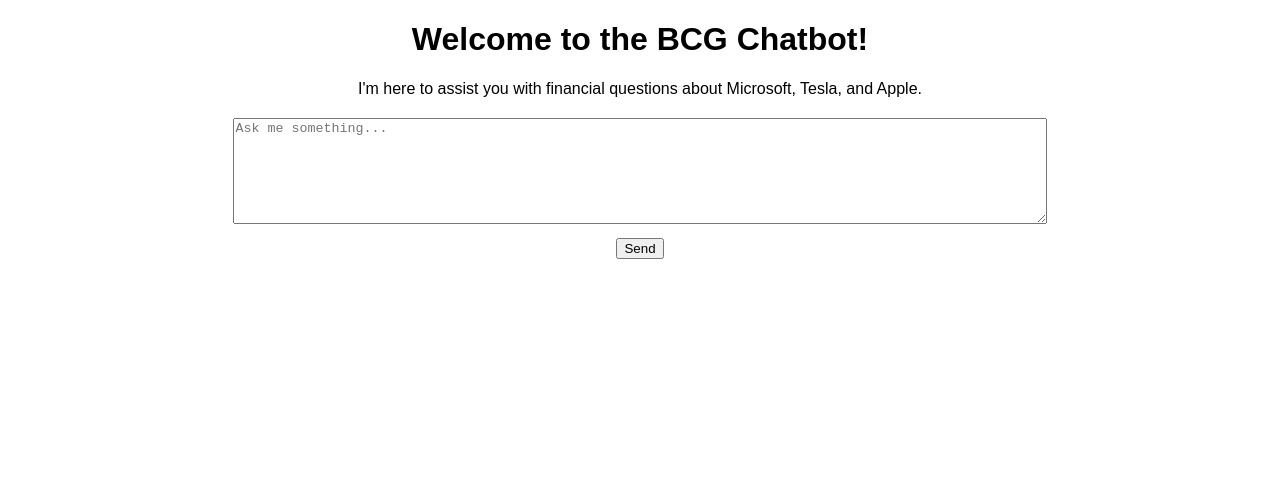
Repository: MoraaOntita/AI_powered_financial_chatbot
Page: app/templates/index.html
The author's editor kept a copy of each file at every save. The page is drawn from the files as they stood at one save, then again after the next save.
The browser window is 1280 px wide. The pictures show the whole page.

Above is the page before, as saved 2024-09-03 13:47:55.

### app/templates/index.html
<!DOCTYPE html>
<html lang="en">
<head>
    <meta charset="UTF-8">
    <meta name="viewport" content="width=device-width, initial-scale=1.0">
    <title>BCG Chatbot</title>
    <style>
        body { font-family: Arial, sans-serif; }
        .container { width: 80%; margin: 0 auto; text-align: center; }
        .chatbox { margin-top: 20px; }
        textarea { width: 80%; height: 100px; }
        button { margin-top: 10px; }
    </style>
</head>
<body>
    <div class="container">
        <h1>Welcome to the BCG Chatbot!</h1>
        <p>I'm here to assist you with financial questions about Microsoft, Tesla, and Apple.</p>
        <div class="chatbox">
            <textarea id="question" placeholder="Ask me something..."></textarea><br>
            <button onclick="askQuestion()">Send</button>
            <p id="response"></p>
        </div>
    </div>
    <script>
        function askQuestion() {
            const question = document.getElementById('question').value;
            fetch('/ask', {
                method: 'POST',
                headers: {
                    'Content-Type': 'application/json'
                },
                body: JSON.stringify({ question })
            })
            .then(response => response.json())
            .then(data => {
                document.getElementById('response').innerText = data.answer;
            })
            .catch(error => {
                document.getElementById('response').innerText = 'An error occurred.';
            });
        }
    </script>
</body>
</html>

After the next save:
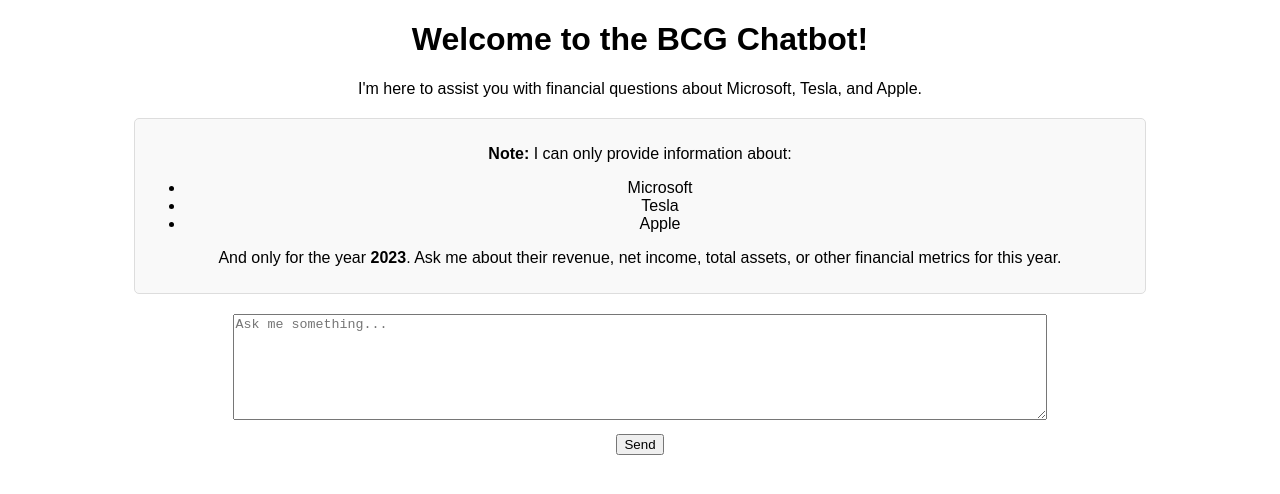
Saved 31 min 59 s later.
--- a/app/templates/index.html
+++ b/app/templates/index.html
@@ -10,12 +10,26 @@
         .chatbox { margin-top: 20px; }
         textarea { width: 80%; height: 100px; }
         button { margin-top: 10px; }
+        .instructions { margin: 20px 0; padding: 10px; background-color: #f9f9f9; border: 1px solid #ddd; border-radius: 5px; }
     </style>
 </head>
 <body>
     <div class="container">
         <h1>Welcome to the BCG Chatbot!</h1>
         <p>I'm here to assist you with financial questions about Microsoft, Tesla, and Apple.</p>
+
+        <!-- Instructions Section -->
+        <div class="instructions">
+            <p><strong>Note:</strong> I can only provide information about:</p>
+            <ul>
+                <li>Microsoft</li>
+                <li>Tesla</li>
+                <li>Apple</li>
+            </ul>
+            <p>And only for the year <strong>2023</strong>. Ask me about their revenue, net income, total assets, or other financial metrics for this year.</p>
+        </div>
+
+        <!-- Chatbox -->
         <div class="chatbox">
             <textarea id="question" placeholder="Ask me something..."></textarea><br>
             <button onclick="askQuestion()">Send</button>
@@ -25,7 +39,7 @@
     <script>
         function askQuestion() {
             const question = document.getElementById('question').value;
-            fetch('/ask', {
+            fetch('/api/ask', {
                 method: 'POST',
                 headers: {
                     'Content-Type': 'application/json'
@@ -34,7 +48,7 @@
             })
             .then(response => response.json())
             .then(data => {
-                document.getElementById('response').innerText = data.answer;
+                document.getElementById('response').innerText = data.answer || data.error;
             })
             .catch(error => {
                 document.getElementById('response').innerText = 'An error occurred.';
